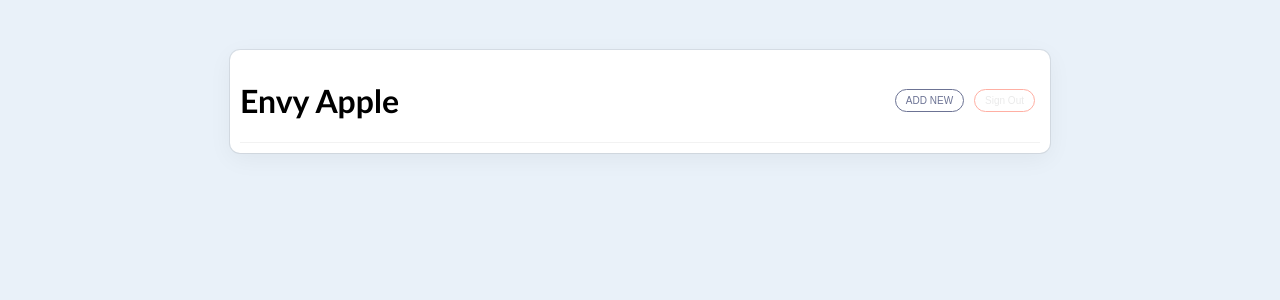
Repository: mosesvk/_todo
Page: / (app in client/)
The author's editor kept a copy of each file at every save. The page is drawn from the files as they stood at one save, then again after the next save.
The browser window is 1280 px wide. The pictures show the whole page.
The page's requests for data from a server got no answer. The project was rebuilt for these pictures with package versions that can differ from the ones it lists, and the page was loaded fresh each time. No one was signed in, and anything a server would have sent is missing. Also part of the build but not shown: client/vite.config.js, client/src/components/ProgressBar.jsx, client/src/components/ListItem.jsx. Imported but missing from the stored project, and not drawn on this page: client/src/components/TickIcon.

Above is the page before, as saved 2023-05-01 22:57:32.

After the next save:
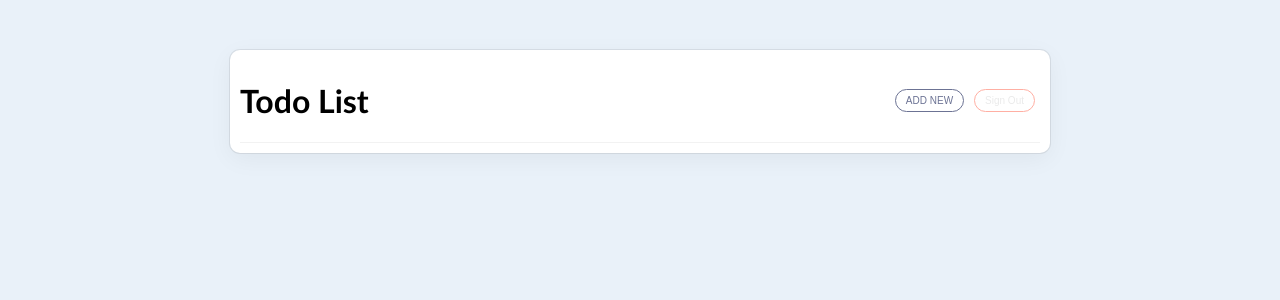
Saved 2 min 37 s later.
--- a/client/src/App.jsx
+++ b/client/src/App.jsx
@@ -27,7 +27,7 @@ const App = () => {
 
   return (
     <div className='app'>
-      <ListHeader listName='Envy Apple' />
+      <ListHeader listName='Todo List' />
       {sortedTasks?.map((task) => <ListItem key={task.id} task={task} />)}
     </div>
   )
